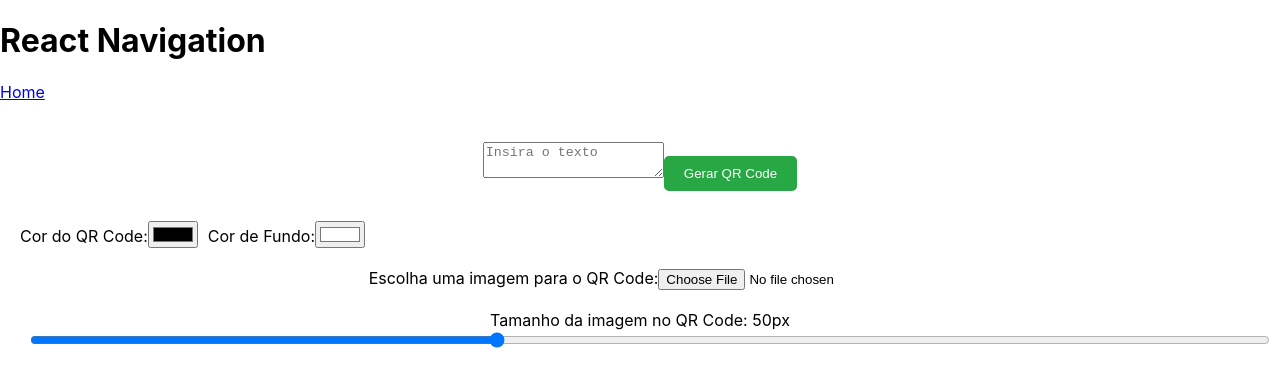
Repository: MarcusVTAlmeida/ReactQrcode
Page: /Home
These files come from the project's save history. The page is drawn as it stood at one moment and after the next save; the edit follows.
The browser window is 1280 px wide. The pictures show the whole page.
The project was rebuilt for these pictures with package versions that can differ from the ones it lists, and the page was loaded fresh each time. Also part of the build but not shown: src/login.js, src/profile.js.

Above is the page before, as saved 2024-12-16 12:14:50.

### src/App.js
import React from 'react';
import { BrowserRouter as Router, Routes, Route } from 'react-router-dom';
import Home from './home';
import Login from './login';
import Profile from './profile';

function App() {
  return (
    <Router>
      <div>
        <h1>React Navigation</h1>
        {/* Links de navegação */}
        <nav>
          <a href="/Home">Home</a>
        </nav>
        {/* Configuração de Rotas */}
        <Routes>
          <Route path="/" element={<Login />} />
          <Route path="/Home" element={<Home />} />
          <Route path="/Profile" element={<Profile />} />
        </Routes>
      </div>
    </Router>
  );
}

export default App;

### src/home.js
import React, { useState } from 'react';
import { QRCodeSVG } from 'qrcode.react';
import { firestore, auth, storage } from './firebase';
import { collection, serverTimestamp, setDoc, doc } from 'firebase/firestore';
import { ref, uploadBytes, getDownloadURL } from 'firebase/storage';

export default function App() {
  const [qrCodeValue, setQrCodeValue] = useState('');
  const [qrCodeData, setQrCodeData] = useState(null);
  const [isStaticMode, setIsStaticMode] = useState(false);
  const [selectedMode, setSelectedMode] = useState('text');
  const [documentId, setDocumentId] = useState(null);

  const [fgColor, setFgColor] = useState('#000000');
  const [bgColor, setBgColor] = useState('#ffffff');

  const [selectedImage, setSelectedImage] = useState(null);
  const [imageURL, setImageURL] = useState(null);

  // Estado para o tamanho da imagem
  const [imageSize, setImageSize] = useState(50); // Tamanho inicial da imagem em pixels

  const placeholders = {
    text: 'Insira o texto',
    link: 'Insira o link (https://)',
    telefone: 'Insira o número de telefone',
    whatsapp: 'Insira o número do WhatsApp',
    contato: 'Insira as informações de contato',
    wifi: 'Insira os dados do Wi-Fi',
    instagram: 'Insira o nome de usuário do Instagram',
    youtube: 'Insira o link do canal ou vídeo do YouTube',
    email: 'Insira o endereço de e-mail',
    facebook: 'Insira o link ou nome do perfil no Facebook',
    messenger: 'Insira o nome do usuário no Messenger',
  };

  const handleImageUpload = (e) => {
    const file = e.target.files[0];
    if (file && (file.type === 'image/png' || file.type === 'image/svg+xml')) {
      setSelectedImage(file);
    } else {
      alert('Por favor, selecione uma imagem no formato PNG ou SVG com fundo transparente.');
    }
  };

  const handleGenerateQRCode = async () => {
    if (!qrCodeValue.trim()) {
      alert('Por favor, insira um valor para o QR Code!');
      return;
    }

    const user = auth.currentUser;
    if (!user) {
      alert('Você precisa estar logado para gerar QR Codes!');
      return;
    }

    let uploadedImageURL = null;

    if (selectedImage) {
      try {
        const imageRef = ref(storage, `images/${user.uid}/${Date.now()}_${selectedImage.name}`);
        await uploadBytes(imageRef, selectedImage);
        uploadedImageURL = await getDownloadURL(imageRef);
        setImageURL(uploadedImageURL);
      } catch (error) {
        console.error('Erro ao fazer upload da imagem:', error);
        alert('Erro ao fazer upload da imagem. Tente novamente.');
        return;
      }
    }

    // Lógica para salvar o QR Code no Firestore (omiti para manter o foco no slider)
    setQrCodeData({ qrCodeValue });
  };

  return (
    <div style={styles.container}>
      <div style={styles.inputContainer}>
        <textarea
          placeholder={placeholders[selectedMode]}
          value={qrCodeValue}
          onChange={(e) => setQrCodeValue(e.target.value)}
          style={styles.input}
        />

        <button style={styles.generateButton} onClick={handleGenerateQRCode}>
          Gerar QR Code
        </button>

        <div style={styles.colorPickerContainer}>
          <label>
            Cor do QR Code:
            <input
              type="color"
              value={fgColor}
              onChange={(e) => setFgColor(e.target.value)}
              style={styles.colorPicker}
            />
          </label>
          <label>
            Cor de Fundo:
            <input
              type="color"
              value={bgColor}
              onChange={(e) => setBgColor(e.target.value)}
              style={styles.colorPicker}
            />
          </label>
        </div>

        <div style={styles.imageUploadContainer}>
          <label>
            Escolha uma imagem para o QR Code:
            <input
              type="file"
              accept=".png,.svg"
              onChange={handleImageUpload}
              style={styles.imageInput}
            />
          </label>
        </div>

        {/* Adicionar slider para o tamanho da imagem */}
        <div style={styles.sliderContainer}>
          <label>
            Tamanho da imagem no QR Code: {imageSize}px
            <input
              type="range"
              min="20"
              max="100"
              value={imageSize}
              onChange={(e) => setImageSize(e.target.value)}
              style={styles.slider}
            />
          </label>
        </div>

        {qrCodeData && (
          <div style={styles.qrCodeContainer}>
            <QRCodeSVG
              value={qrCodeData.qrCodeValue}
              size={150}
              fgColor={fgColor}
              bgColor="transparent"
              {...(imageURL && {
                imageSettings: {
                  src: imageURL,
                  x: undefined,
                  y: undefined,
                  height: imageSize,
                  width: imageSize,
                  excavate: true,
                },
              })}
            />
          </div>
        )}
      </div>
    </div>
  );
}

const styles = {
  container: {
    padding: '20px',
    textAlign: 'center',
  },
  inputContainer: {
    margin: '20px auto',
  },
  generateButton: {
    margin: '10px 0',
    padding: '10px 20px',
    backgroundColor: '#28a745',
    color: '#fff',
    border: 'none',
    borderRadius: '5px',
    cursor: 'pointer',
  },
  colorPickerContainer: {
    marginTop: '20px',
    display: 'flex',
    gap: '10px',
    alignItems: 'center',
  },
  imageUploadContainer: {
    marginTop: '20px',
  },
  sliderContainer: {
    marginTop: '20px',
  },
  slider: {
    marginLeft: '10px',
    width: '100%',
  },
  qrCodeContainer: {
    marginTop: '20px',
    display: 'inline-block',
  },
};

### src/firebase.js
// Import the functions you need from the SDKs you need
import { initializeApp } from "firebase/app";
import { getFirestore } from 'firebase/firestore';
import { getAnalytics } from "firebase/analytics";
import { getAuth } from "firebase/auth";
import { getStorage } from "firebase/storage";  // Importando o Storage

// Your web app's Firebase configuration
// For Firebase JS SDK v7.20.0 and later, measurementId is optional
const firebaseConfig = {
  apiKey: "AIzaSyANnWzrWF4HTNIw2-PyLx1LzhZglVDQbKo",
  authDomain: "qrcode-7bd9a.firebaseapp.com",
  projectId: "qrcode-7bd9a",
  storageBucket: "qrcode-7bd9a.firebasestorage.app",
  messagingSenderId: "617240442081",
  appId: "1:617240442081:web:80603925268030ef3833a0",
  measurementId: "G-TQ543GGTEE"
};

// Initialize Firebase
const app = initializeApp(firebaseConfig);
const firestore = getFirestore(app);
const auth = getAuth(app);
const storage = getStorage(app);  // Inicializando o Storage

export { auth, firestore, storage };

Loaded but not shown: public/index.html (common file); src/index.js (common file); src/index.css (common file); src/reportWebVitals.js (common file)

After the next save:
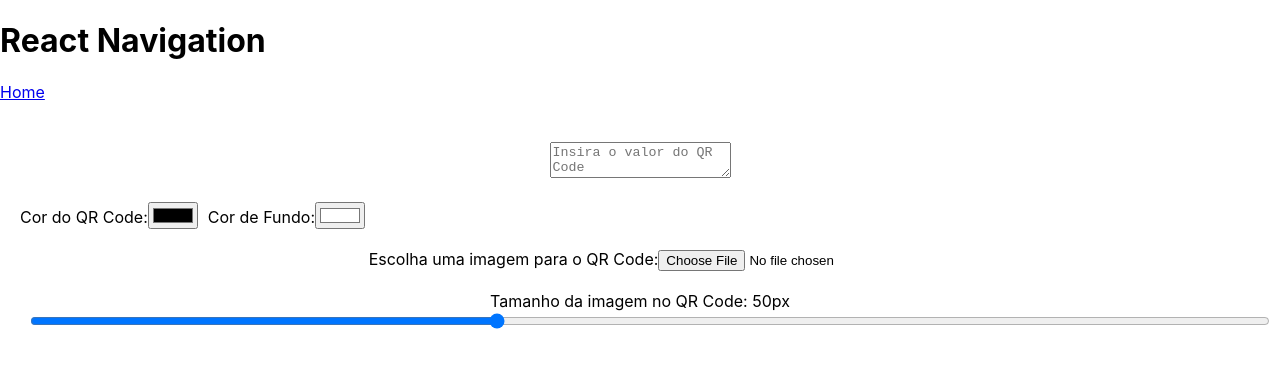
Saved 3 min 18 s later.
--- a/src/home.js
+++ b/src/home.js
@@ -1,15 +1,12 @@
 import React, { useState } from 'react';
 import { QRCodeSVG } from 'qrcode.react';
 import { firestore, auth, storage } from './firebase';
-import { collection, serverTimestamp, setDoc, doc } from 'firebase/firestore';
 import { ref, uploadBytes, getDownloadURL } from 'firebase/storage';
 
 export default function App() {
   const [qrCodeValue, setQrCodeValue] = useState('');
   const [qrCodeData, setQrCodeData] = useState(null);
   const [isStaticMode, setIsStaticMode] = useState(false);
-  const [selectedMode, setSelectedMode] = useState('text');
-  const [documentId, setDocumentId] = useState(null);
 
   const [fgColor, setFgColor] = useState('#000000');
   const [bgColor, setBgColor] = useState('#ffffff');
@@ -20,73 +17,43 @@ export default function App() {
   // Estado para o tamanho da imagem
   const [imageSize, setImageSize] = useState(50); // Tamanho inicial da imagem em pixels
 
-  const placeholders = {
-    text: 'Insira o texto',
-    link: 'Insira o link (https://)',
-    telefone: 'Insira o número de telefone',
-    whatsapp: 'Insira o número do WhatsApp',
-    contato: 'Insira as informações de contato',
-    wifi: 'Insira os dados do Wi-Fi',
-    instagram: 'Insira o nome de usuário do Instagram',
-    youtube: 'Insira o link do canal ou vídeo do YouTube',
-    email: 'Insira o endereço de e-mail',
-    facebook: 'Insira o link ou nome do perfil no Facebook',
-    messenger: 'Insira o nome do usuário no Messenger',
-  };
-
-  const handleImageUpload = (e) => {
+  const handleImageUpload = async (e) => {
     const file = e.target.files[0];
     if (file && (file.type === 'image/png' || file.type === 'image/svg+xml')) {
       setSelectedImage(file);
+
+      // Faz o upload da imagem imediatamente
+      try {
+        const user = auth.currentUser;
+        if (!user) {
+          alert('Você precisa estar logado para enviar imagens!');
+          return;
+        }
+
+        const imageRef = ref(storage, `images/${user.uid}/${Date.now()}_${file.name}`);
+        await uploadBytes(imageRef, file);
+        const uploadedURL = await getDownloadURL(imageRef);
+
+        // Atualiza a URL da imagem no estado
+        setImageURL(uploadedURL);
+      } catch (error) {
+        console.error('Erro ao fazer upload da imagem:', error);
+        alert('Erro ao fazer upload da imagem. Tente novamente.');
+      }
     } else {
       alert('Por favor, selecione uma imagem no formato PNG ou SVG com fundo transparente.');
     }
-  };
-
-  const handleGenerateQRCode = async () => {
-    if (!qrCodeValue.trim()) {
-      alert('Por favor, insira um valor para o QR Code!');
-      return;
-    }
-
-    const user = auth.currentUser;
-    if (!user) {
-      alert('Você precisa estar logado para gerar QR Codes!');
-      return;
-    }
-
-    let uploadedImageURL = null;
-
-    if (selectedImage) {
-      try {
-        const imageRef = ref(storage, `images/${user.uid}/${Date.now()}_${selectedImage.name}`);
-        await uploadBytes(imageRef, selectedImage);
-        uploadedImageURL = await getDownloadURL(imageRef);
-        setImageURL(uploadedImageURL);
-      } catch (error) {
-        console.error('Erro ao fazer upload da imagem:', error);
-        alert('Erro ao fazer upload da imagem. Tente novamente.');
-        return;
-      }
-    }
-
-    // Lógica para salvar o QR Code no Firestore (omiti para manter o foco no slider)
-    setQrCodeData({ qrCodeValue });
   };
 
   return (
     <div style={styles.container}>
       <div style={styles.inputContainer}>
         <textarea
-          placeholder={placeholders[selectedMode]}
+          placeholder="Insira o valor do QR Code"
           value={qrCodeValue}
           onChange={(e) => setQrCodeValue(e.target.value)}
           style={styles.input}
         />
-
-        <button style={styles.generateButton} onClick={handleGenerateQRCode}>
-          Gerar QR Code
-        </button>
 
         <div style={styles.colorPickerContainer}>
           <label>
@@ -121,7 +88,6 @@ export default function App() {
           </label>
         </div>
 
-        {/* Adicionar slider para o tamanho da imagem */}
         <div style={styles.sliderContainer}>
           <label>
             Tamanho da imagem no QR Code: {imageSize}px
@@ -136,10 +102,10 @@ export default function App() {
           </label>
         </div>
 
-        {qrCodeData && (
+        {qrCodeValue && (
           <div style={styles.qrCodeContainer}>
             <QRCodeSVG
-              value={qrCodeData.qrCodeValue}
+              value={qrCodeValue}
               size={150}
               fgColor={fgColor}
               bgColor="transparent"
@@ -169,15 +135,6 @@ const styles = {
   inputContainer: {
     margin: '20px auto',
   },
-  generateButton: {
-    margin: '10px 0',
-    padding: '10px 20px',
-    backgroundColor: '#28a745',
-    color: '#fff',
-    border: 'none',
-    borderRadius: '5px',
-    cursor: 'pointer',
-  },
   colorPickerContainer: {
     marginTop: '20px',
     display: 'flex',
